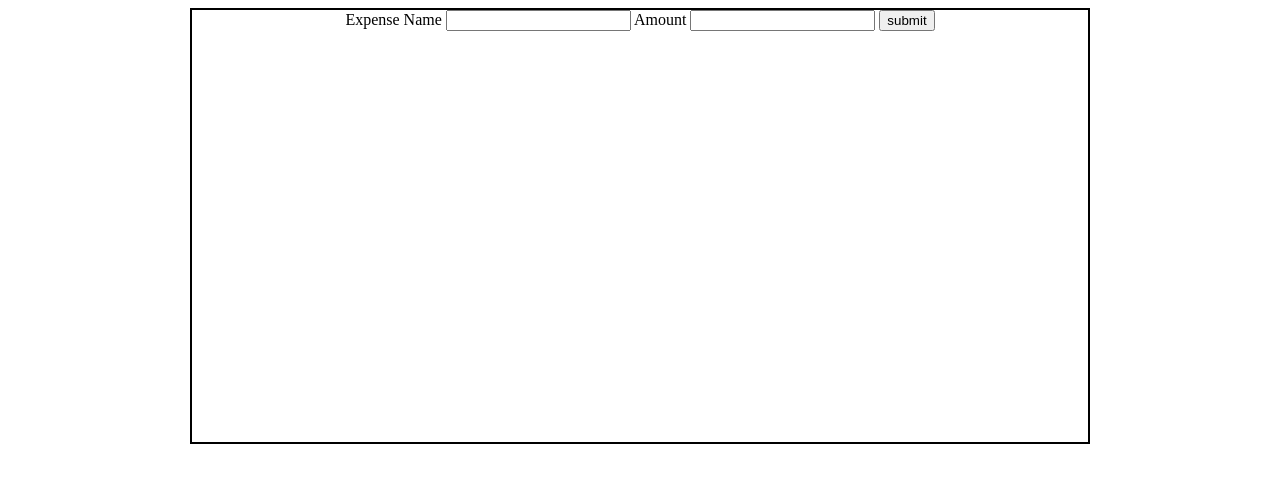
Repository: sarthak-tyagi123/expensetracker12
Page: http://localhost/
These files come from the project's save history. The page is drawn as it stood at one moment and after the next save; the edit follows.
The browser window is 1280 px wide. The pictures show the whole page.
The page is served by the project's Node server (app.js).

Above is the page before, as saved 2025-06-20 23:45:14.

After the next save:
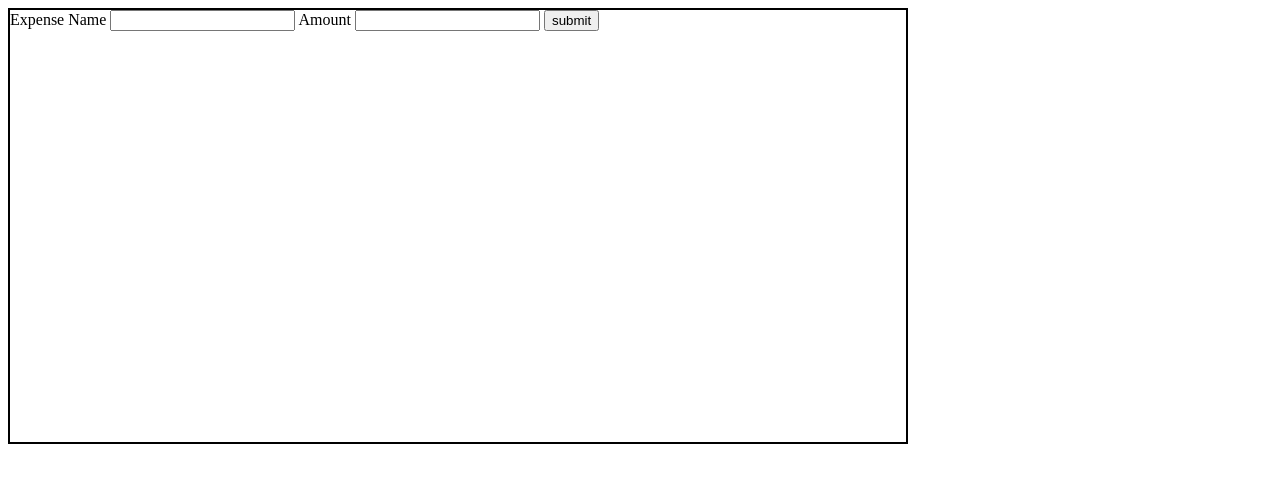
Saved 28 s later.
--- a/views/1.ejs
+++ b/views/1.ejs
@@ -13,7 +13,7 @@
     </style>
 </head>
 <body>
-    <center>
+
     <div class="container">
 
     <form action="/expenses" method="post">
